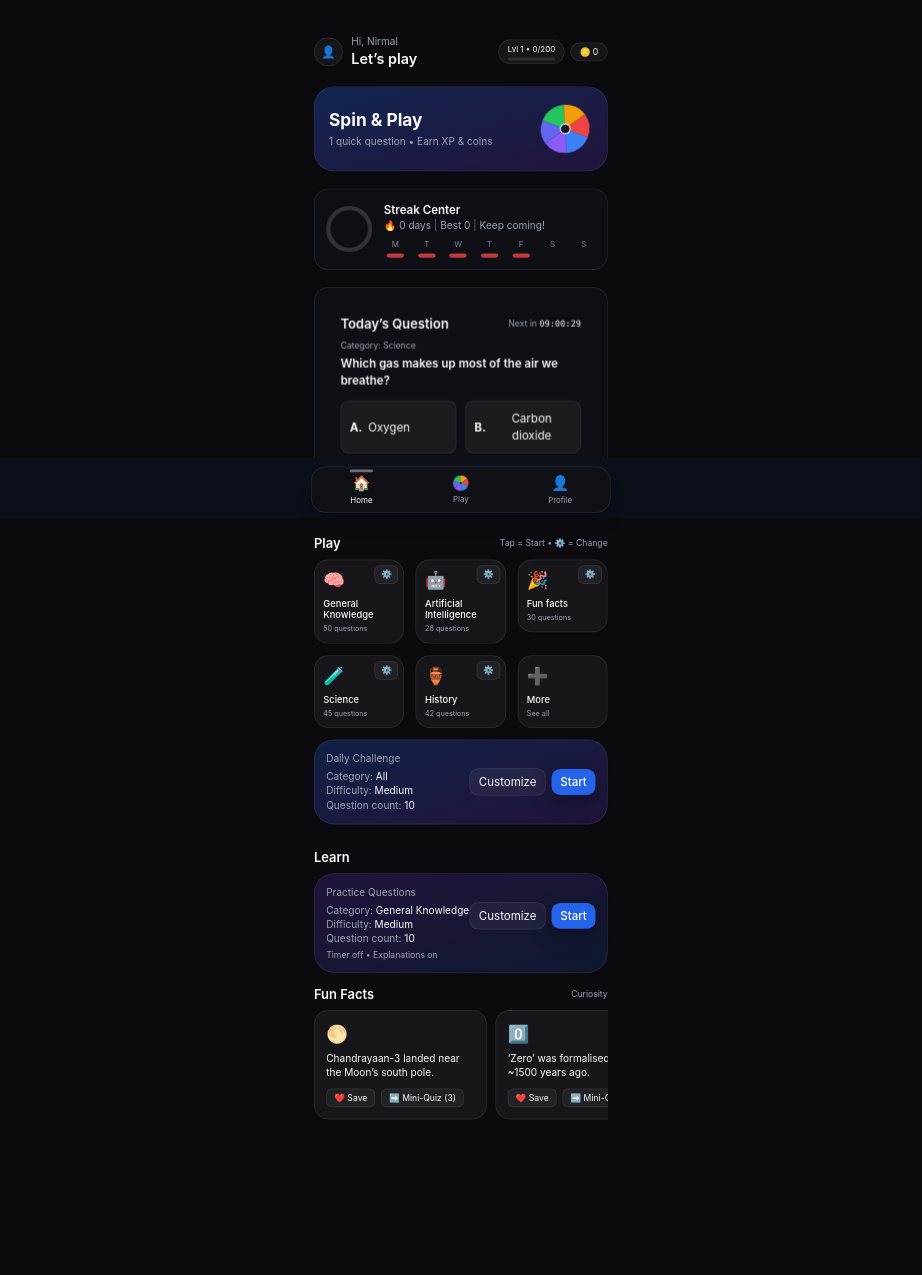
Repository: nirmaldas07/quizify-app
Page: /
These files come from the project's save history. The page is drawn as it stood at one moment and after the next save; the edit follows.
The browser window is 1280 px wide. The pictures show the whole page, at 72% of full size.
The page's requests for data from a server got no answer. An inner scrolling area shows only its first screen. The project was rebuilt for these pictures with package versions that can differ from the ones it lists, and the page was loaded fresh each time. No one was signed in, and anything a server would have sent is missing. Also part of the build but not shown: src/components/ConfirmStartSheet.jsx, src/components/Play.jsx, src/components/Quiz.jsx, src/components/PartySpin.jsx, src/components/Profile/ProfileHome.jsx, src/components/Profile/Screen.jsx, src/components/Profile/Leaderboard.jsx, src/components/Profile/History.jsx.

Above is the page before, as saved 2025-08-25 14:17:43.

After the next save:
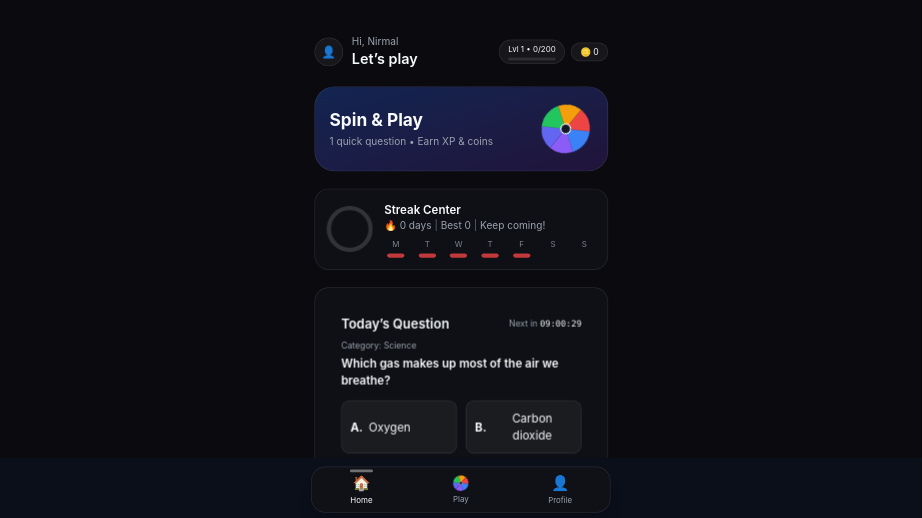
Saved 6 min 19 s later.
--- a/src/components/Layout.jsx
+++ b/src/components/Layout.jsx
@@ -197,18 +197,20 @@ export default function Layout() {
           </span>
         </div>
       )}
-
-      <main
-        className={`mx-auto max-w-md px-5 pt-[calc(env(safe-area-inset-top))]
-          ${hideNav ? "pb-6" : "pb-[calc(5.25rem+env(safe-area-inset-bottom))]"} min-h-screen`}
+        <main
+        className="mx-auto max-w-md px-5 overscroll-y-contain"
         style={{
-          // IMPORTANT: no transform when idle; avoids creating a new containing block
-          transform: pulling ? `translateY(${pullDist}px)` : undefined,
-          transition: (pulling || refreshing) ? "transform 0.3s ease" : undefined,
+            height: hideNav
+            ? "100dvh"
+            : "calc(100dvh - (5.25rem + env(safe-area-inset-bottom)))",
+            paddingTop: "env(safe-area-inset-top)",
+            overflowY: "auto",
+            transform: pulling ? `translateY(${pullDist}px)` : undefined,
+            transition: (pulling || refreshing) ? "transform 0.3s ease" : undefined,
         }}
-      >
+        >
         <Outlet />
-      </main>
+        </main>
 
       {leaveConfirm.open && (
         <div className="fixed inset-0 z-50 bg-black/60 flex items-center justify-center px-6">
